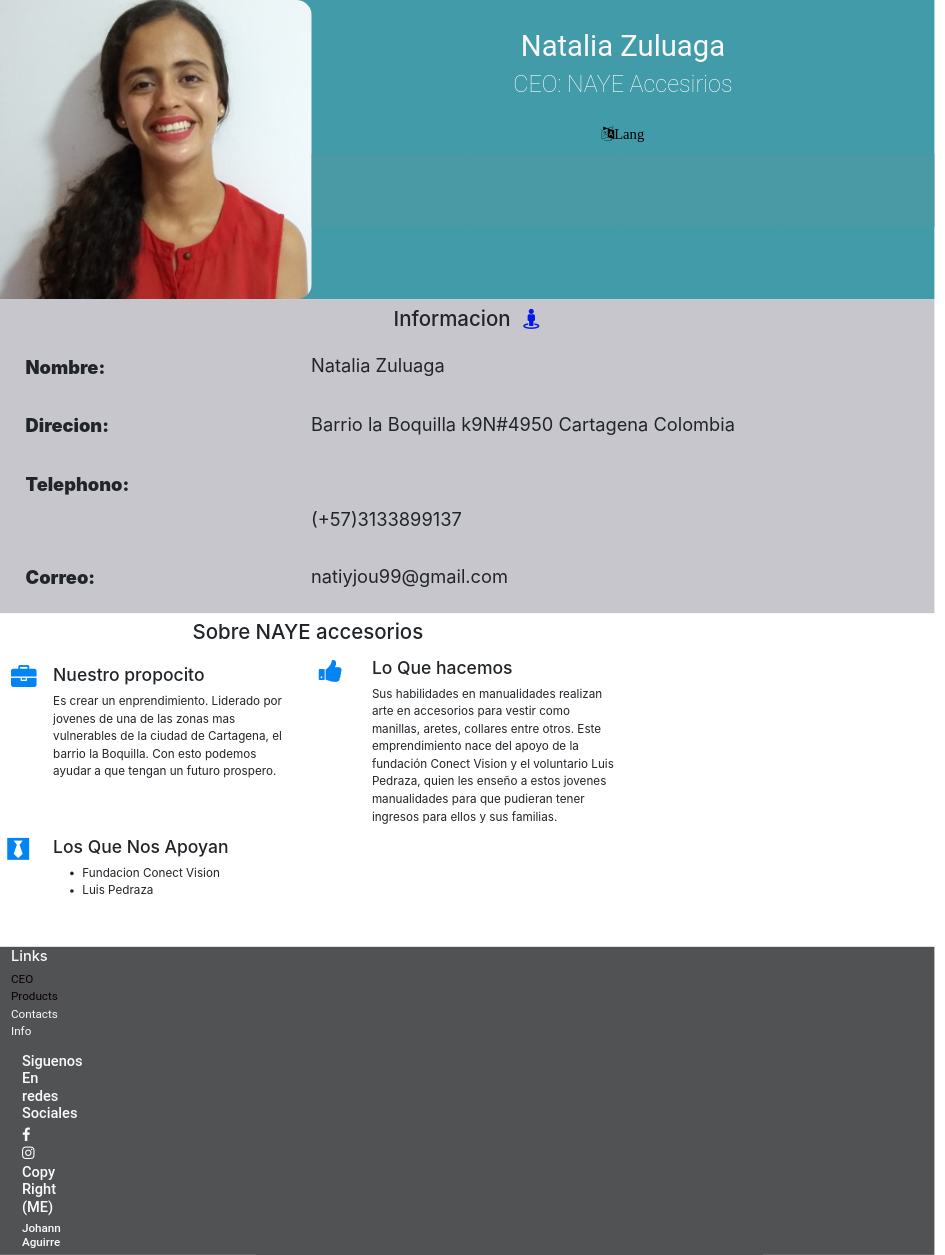
Repository: cachimiro/1-mile-stone-project
Page: index.html
The author's editor kept a record of every edit. The page is drawn from the files as they stood at one moment, then again after the next edit.
The browser window is 1280 px wide. The page is 1295 px wide, so the pictures cover 1295 px, including what lies to the right of the window. The pictures show the whole page, at 73% of full size.
Some web libraries are served in a nearby version.

Above is the page before.

After the next edit:
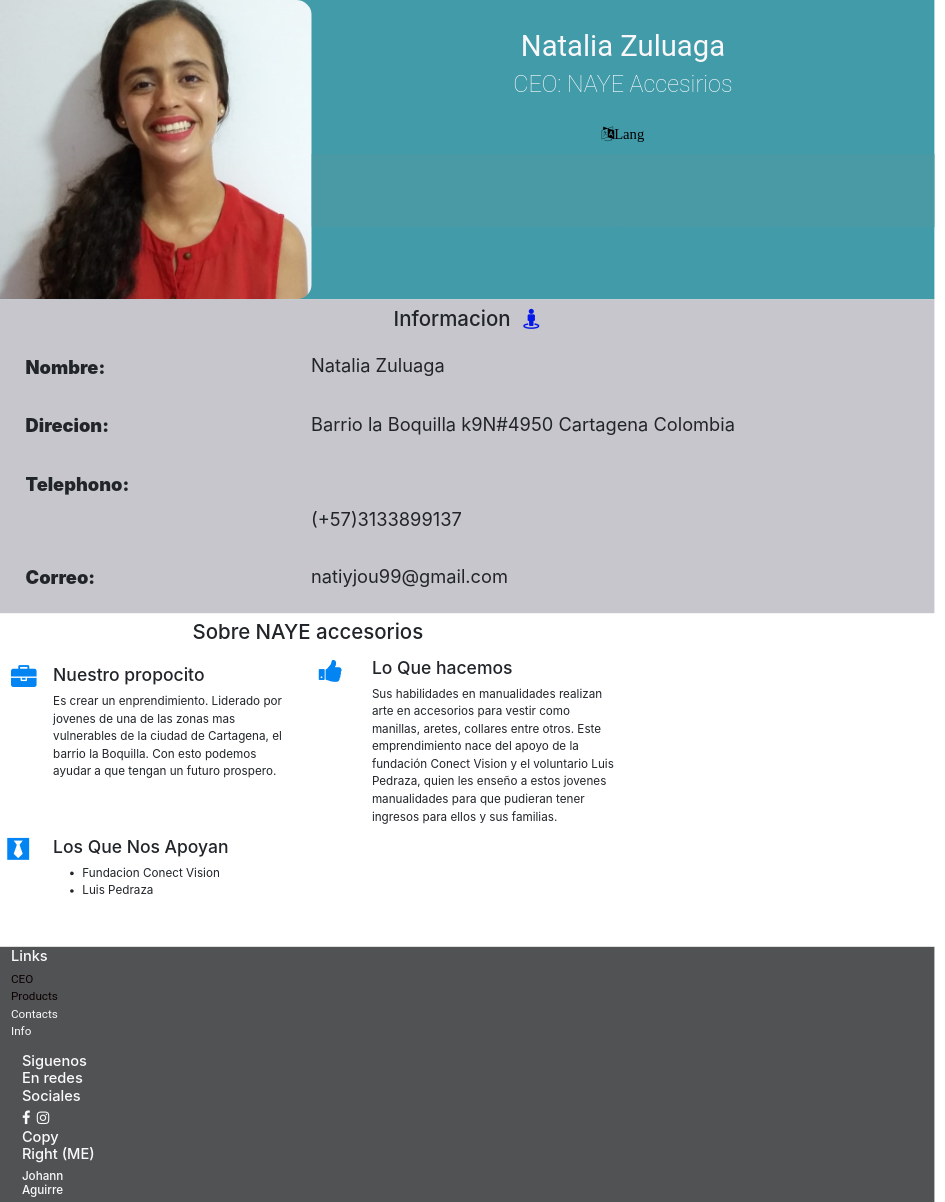
The edit:
--- a/index.html
+++ b/index.html
@@ -201,7 +201,7 @@
                          <a href="productos.html">
                             <div>
                                 Products
-                            </li>
+                            </div>
                         </a>
                          <a href="contactos.html">
                             <li>
